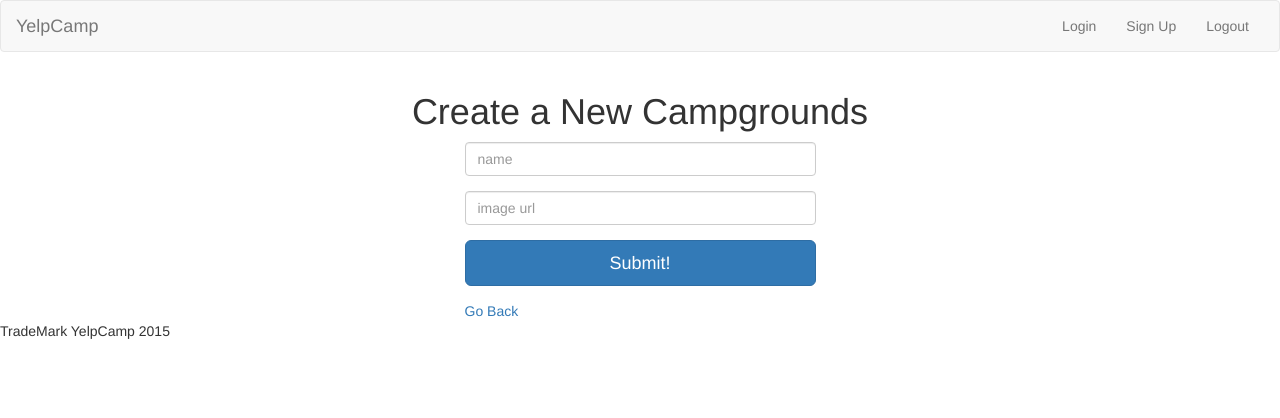
Repository: yyming009/YelpCamp
Page: http://localhost/campgrounds/new
The author's editor kept a record of every edit. The page is drawn from the files as they stood at one moment, then again after the next edit.
The browser window is 1280 px wide. The pictures show the whole page.
The page is served by the project's Node server (YelpCamp/v1/app.js).

Above is the page before.

After the next edit:
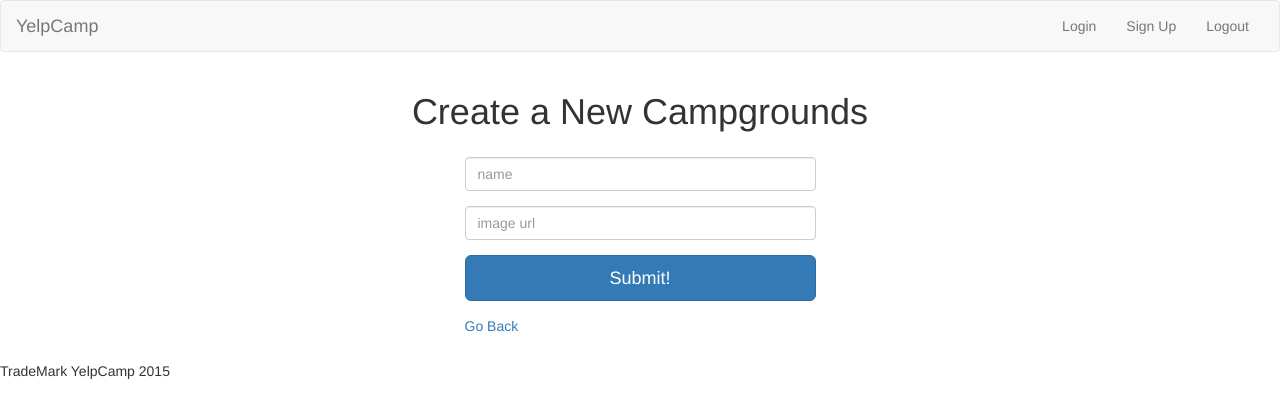
The edit:
--- a/YelpCamp/v1/views/news.ejs
+++ b/YelpCamp/v1/views/news.ejs
@@ -3,7 +3,7 @@
 <div class="container">
     <div class="row">
         <h1 style="text-align: center;">Create a New Campgrounds</h1>
-        <div style="width: 30%; margin: 0 auto;">
+        <div style="width: 30%; margin: 25px auto;">
             <form action="/campgrounds" method="POST">
                 <div class="form-group">
                     <input class="form-control" type="text" name="name" placeholder="name">
